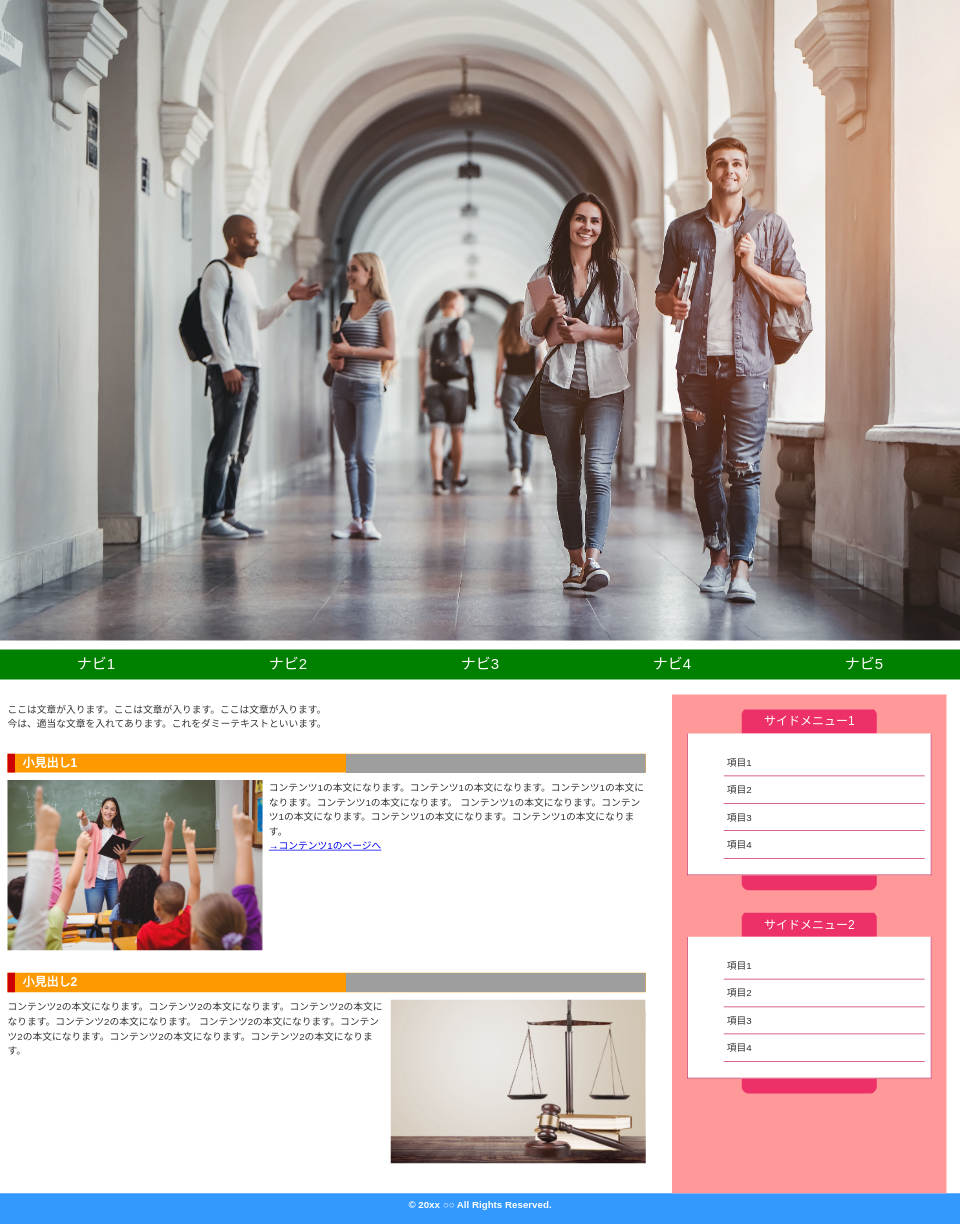
Repository: YN-program/samurai_HTML-CSS
Page: home.html
The author's editor kept a record of every edit. The page is drawn from the files as they stood at one moment, then again after the next edit.
The browser window is 1280 px wide. The pictures show the whole page, at 75% of full size.
Pictures or frames that could not be fetched are drawn as grey boxes.

Above is the page before.

After the next edit:
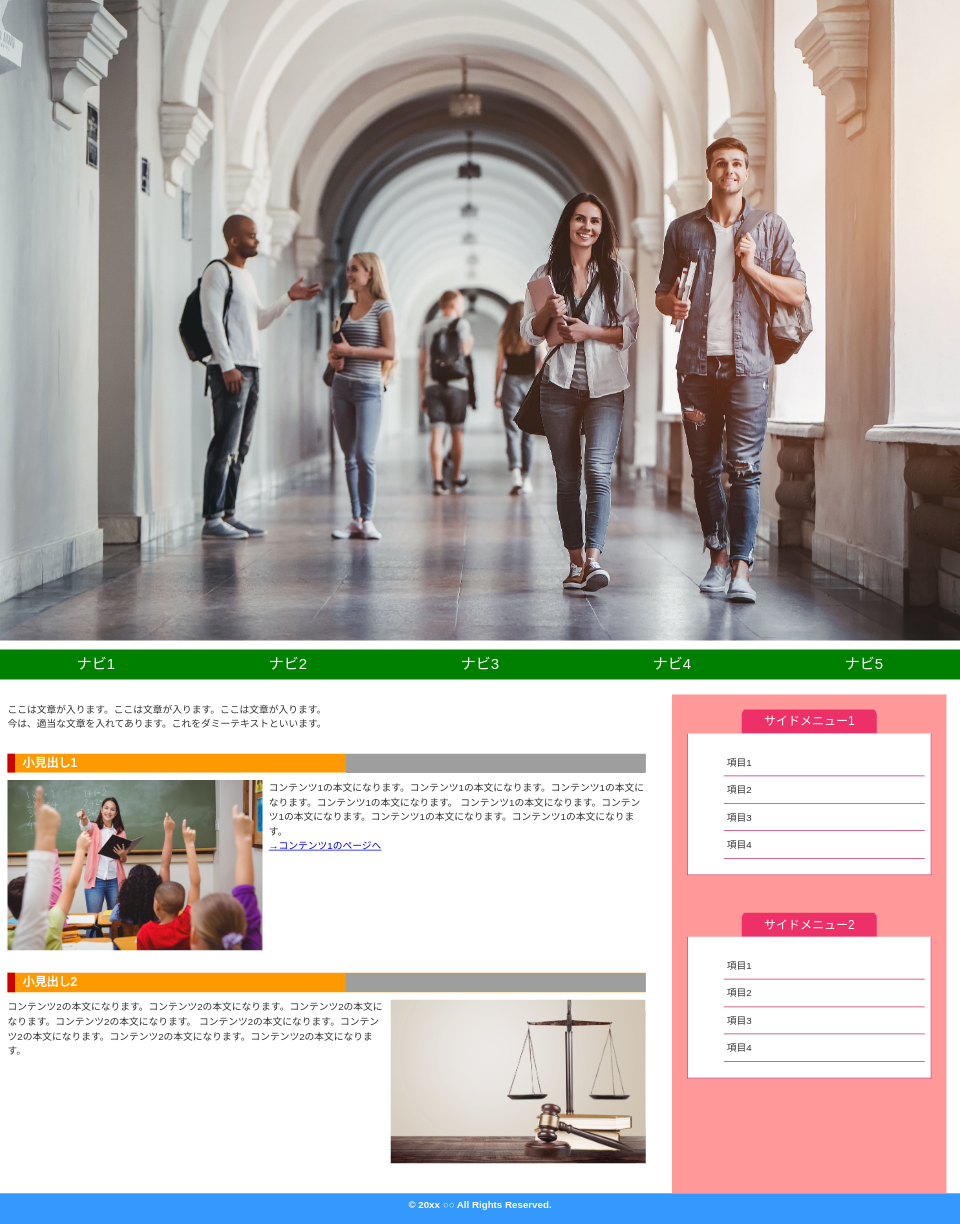
The edit:
--- a/stylesheet.css
+++ b/stylesheet.css
@@ -144,7 +144,7 @@
 #side .box {
     margin: 0 auto 30px auto;
     padding: 0 0 20px 0;
-    background: url(images/side_box.png) bottom no-repeat;
+    background: url(images/side_box.png) center no-repeat;
 }
 #side .box h2{
     margin: 0;

After the edit that followed:
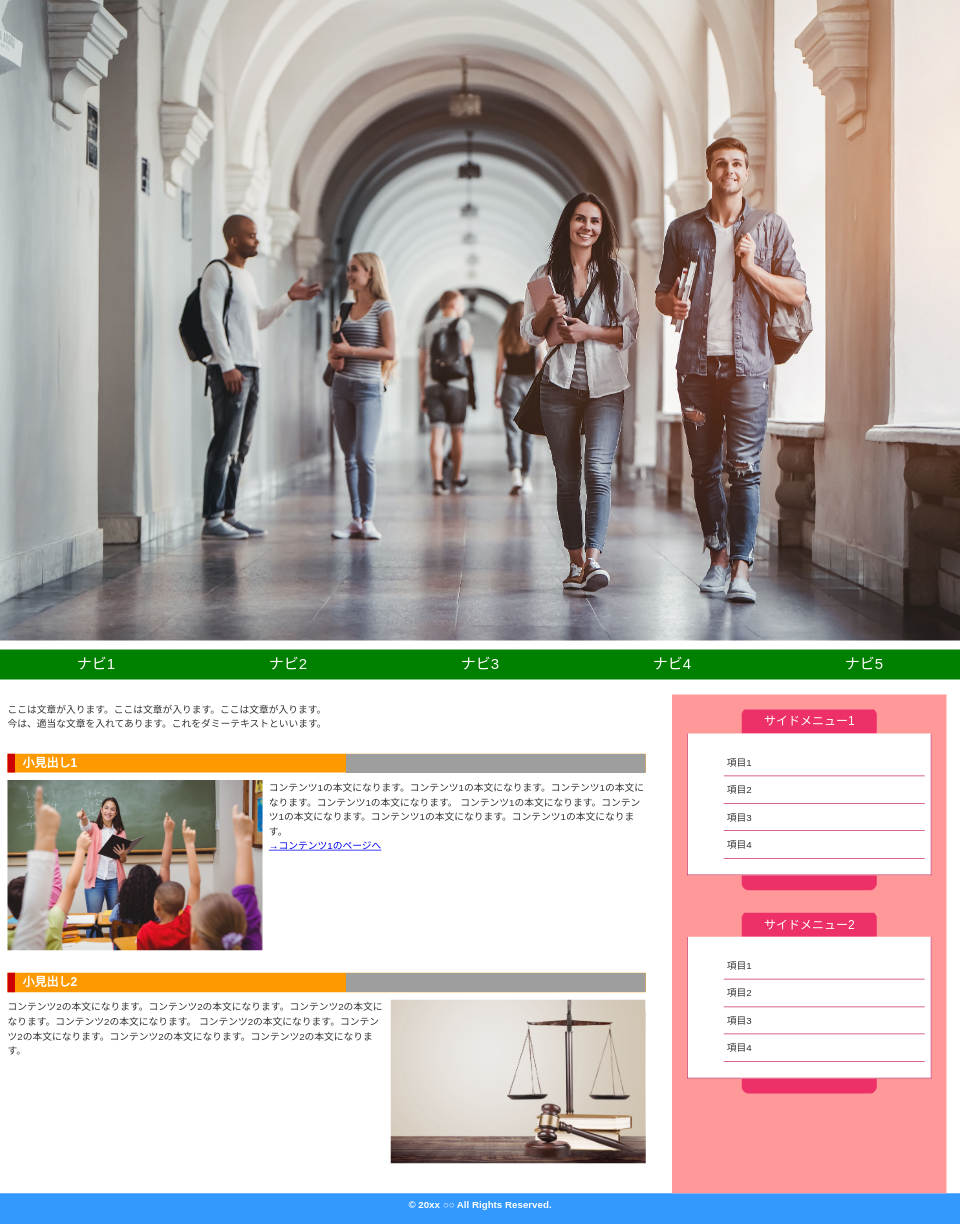
The edit:
--- a/stylesheet.css
+++ b/stylesheet.css
@@ -144,7 +144,7 @@
 #side .box {
     margin: 0 auto 30px auto;
     padding: 0 0 20px 0;
-    background: url(images/side_box.png) center no-repeat;
+    background: url(images/side_box.png) bottom no-repeat;
 }
 #side .box h2{
     margin: 0;
